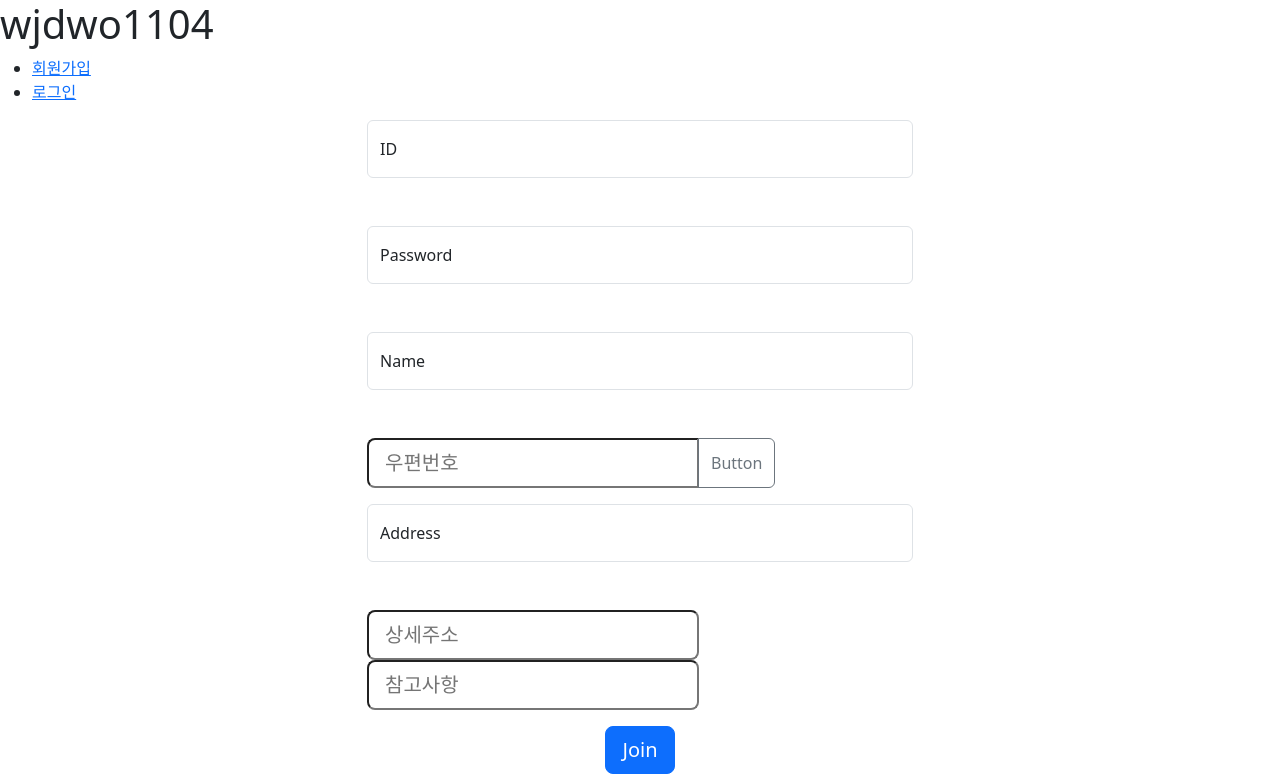
Repository: gain00/lecture1
Page: http://localhost/db-connect/join-form.jsp
An editor plug-in stored every save of this project. The page is shown before and after the next save, followed by the edit.
The browser window is 1280 px wide. The pictures show the whole page.
The page is served by Tomcat 9. Other server files are loaded and not shown.

Above is the page before, as saved 2023-06-07 05:29:08.

### db-connect/src/main/webapp/join-form.jsp
<%@ page language="java" contentType="text/html; charset=UTF-8" pageEncoding="UTF-8"%> <%@include file = "include/header.jsp"%>
<script src="//t1.daumcdn.net/mapjsapi/bundle/postcode/prod/postcode.v2.js"></script>


  <form action="join-process.jsp" method="post" class="join">
    <div class="container-sm">
      <div class="row justify-content-center">
        <div class="col-6">
          <div class="form-floating mb-5">
            <input type="text" class="form-control" name="userId" id="floatingInput" placeholder="아이디를 입력해주세요" />
            <label for="floatingInput">ID</label>
          </div>
          <div class="form-floating mb-5">
            <input type="password" class="form-control" name="userPw" id="floatingPassword" placeholder="Password" />
            <label for="floatingPassword">Password</label>
          </div>
          <div class="form-floating mb-5">
            <input type="text" class="form-control" name="userName" id="floatingName" placeholder="이름" />
            <label for="floatingName">Name</label>
          </div>

          <div class="input-group mb-3">
            <input type="text" class="form-control-lg" placeholder="우편번호" id="zonecode" name="zonecode" readonly />
            <button class="btn btn-outline-secondary" type="button" id="button-addon2" onclick="searchZonecode()">Button</button>
          </div>

          <div class="form-floating mb-5">
            <input type="text" class="form-control address" name="userAddress" id="floatingAddress" placeholder="주소를 입력해주세요" />
            <label for="floatingAddress">Address</label>
          </div>
          <div class="row mb-3">
            <div class="col">
              <input type="text" class="form-control-lg detailAddress" placeholder="상세주소" aria-label="First name" name="detailAddress" />
            </div>
            <div class="col">
              <input type="text" class="form-control-lg extraAddress" placeholder="참고사항" aria-label="Last name" name="extraAddress" />
            </div>
          </div>

          <div class="text-center"><button type="submit" class="btn btn-primary btn-lg">Join</button></div>
        </div>
      </div>
    </div>
  </form>
  <script>
    function searchZonecode() {
      new daum.Postcode({
        oncomplete: function (data) {
          // 팝업에서 검색결과 항목을 클릭했을때 실행할 코드를 작성하는 부분.

          // 각 주소의 노출 규칙에 따라 주소를 조합한다.
          // 내려오는 변수가 값이 없는 경우엔 공백('')값을 가지므로, 이를 참고하여 분기 한다.
          let addr = ""; // 주소 변수
          let extraAddr = ""; // 참고항목 변수

          //사용자가 선택한 주소 타입에 따라 해당 주소 값을 가져온다.
          if (data.userSelectedType === "R") {
            // 사용자가 도로명 주소를 선택했을 경우
            addr = data.roadAddress;
          } else {
            // 사용자가 지번 주소를 선택했을 경우(J)
            addr = data.jibunAddress;
          }

          // 사용자가 선택한 주소가 도로명 타입일때 참고항목을 조합한다.
          if (data.userSelectedType === "R") {
            // 법정동명이 있을 경우 추가한다. (법정리는 제외)
            // 법정동의 경우 마지막 문자가 "동/로/가"로 끝난다.
            if (data.bname !== "" && /[동|로|가]$/g.test(data.bname)) {
              extraAddr += data.bname;
            }
            // 건물명이 있고, 공동주택일 경우 추가한다.
            if (data.buildingName !== "" && data.apartment === "Y") {
              extraAddr += extraAddr !== "" ? ", " + data.buildingName : data.buildingName;
            }
            // 표시할 참고항목이 있을 경우, 괄호까지 추가한 최종 문자열을 만든다.
            if (extraAddr !== "") {
              extraAddr = " (" + extraAddr + ")";
            }
            // 조합된 참고항목을 해당 필드에 넣는다.
            document.querySelector(".extraAddress").value = extraAddr;
          } else {
            document.querySelector(".extraAddress").value = "";
          }

          // 우편번호와 주소 정보를 해당 필드에 넣는다.
          document.querySelector("#zonecode").value = data.zonecode;
          document.querySelector(".address").value = addr;
          // 커서를 상세주소 필드로 이동한다.
          document.querySelector(".address").focus();
        },
      }).open();
    }
  </script>


<%@ include file = "include/footer.jsp" %>

### db-connect/src/main/webapp/include/header.jsp
<%@ page language="java" contentType="text/html; charset=UTF-8" pageEncoding="UTF-8"%>
<!DOCTYPE html>
<html>
  <head>
    <meta charset="UTF-8" />
    <title>Insert title here</title>
    <link rel="styleheet" href="css/layout.css" />
    <link rel="stylesheet" href="css/bootstrap.min.css" />
    <script src="js/bootstrap.bundle.min.js"></script>
  </head>
  <body>
    <header>
      <h1>wjdwo1104</h1>
      <nav class="gnb">
        <ul>
          <li><a href="join-form.jsp">회원가입</a></li>
          <li><a href="login-form.jsp">로그인</a></li>
        </ul>
      </nav>
    </header>

Loaded but not shown: db-connect/src/main/webapp/include/footer.jsp (common file); db-connect/src/main/webapp/css/bootstrap.min.css (library); db-connect/src/main/webapp/js/bootstrap.bundle.min.js (library)

After the next save:
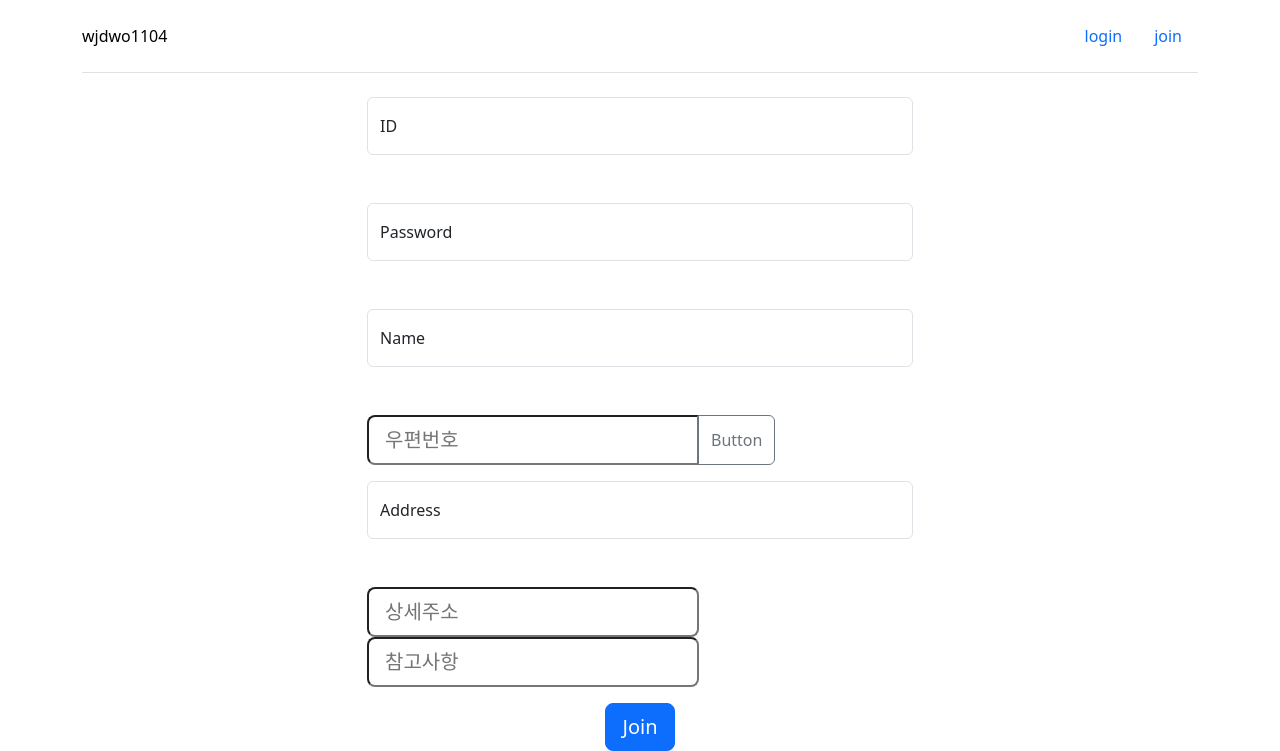
Saved 68 s later.
--- a/db-connect/src/main/webapp/include/header.jsp
+++ b/db-connect/src/main/webapp/include/header.jsp
@@ -1,20 +1,34 @@
 <%@ page language="java" contentType="text/html; charset=UTF-8" pageEncoding="UTF-8"%>
+<%
+	String loggedUserId = (String) session.getAttribute("loggedUserId");
+	String loggedUserName = (String) session.getAttribute("loggedUserName");
+%>
+
+
 <!DOCTYPE html>
 <html>
   <head>
     <meta charset="UTF-8" />
     <title>Insert title here</title>
-    <link rel="styleheet" href="css/layout.css" />
     <link rel="stylesheet" href="css/bootstrap.min.css" />
     <script src="js/bootstrap.bundle.min.js"></script>
+    <script src="//t1.daumcdn.net/mapjsapi/bundle/postcode/prod/postcode.v2.js"></script>
   </head>
   <body>
-    <header>
-      <h1>wjdwo1104</h1>
-      <nav class="gnb">
-        <ul>
-          <li><a href="join-form.jsp">회원가입</a></li>
-          <li><a href="login-form.jsp">로그인</a></li>
-        </ul>
-      </nav>
+    <div class="container">
+    <header class="d-flex flex-wrap justify-content-center py-3 mb-4 border-bottom">
+      <a href="/" class="d-flex align-items-center mb-3 mb-md-0 me-md-auto link-body-emphasis text-decoration-none">
+        wjdwo1104
+      </a>
+
+      <ul class="nav nav-pills">
+      	<%  if( loggedUserId == null ) { %>
+        <li class="nav-item"><a href="login-form.jsp" class="nav-link">login</a></li>
+        <li class="nav-item"><a href="join-form.jsp" class="nav-link">join</a></li>
+        <% } else { %>
+        <li class="nav-item"><a href="logout.jsp" class="nav-link">logout</a></li>
+        <li class="nav-item"><a href="info.jsp" class="nav-link">이정재</a></li>
+        <% } %>
+      </ul>
     </header>
+  </div>
